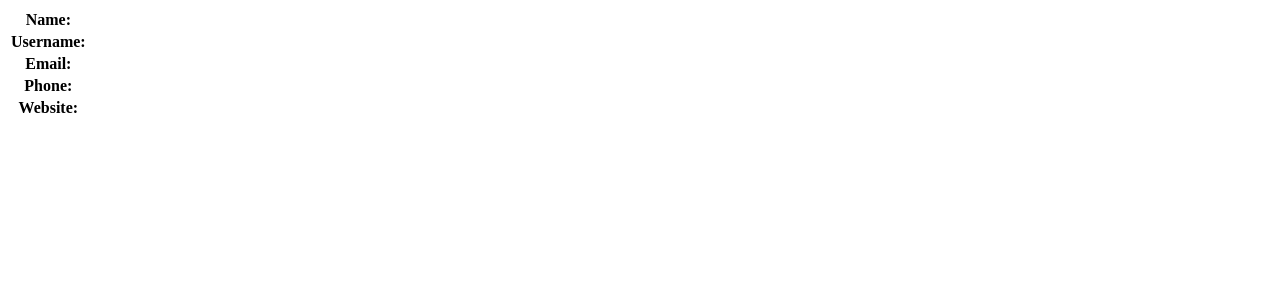
Repository: AyushMahatara/PHP-Simple-CRUD-with-JSON
Page: http://localhost/user/view.php?id=4
These files come from the project's save history. The page is drawn as it stood at one moment and after the next save; the edit follows.
The browser window is 1280 px wide. The pictures show the whole page.
The page is run by PHP 8.4 with error messages shown; the project is at /var/www/html/.

Above is the page before, as saved 2024-03-20 15:39:49.

After the next save:
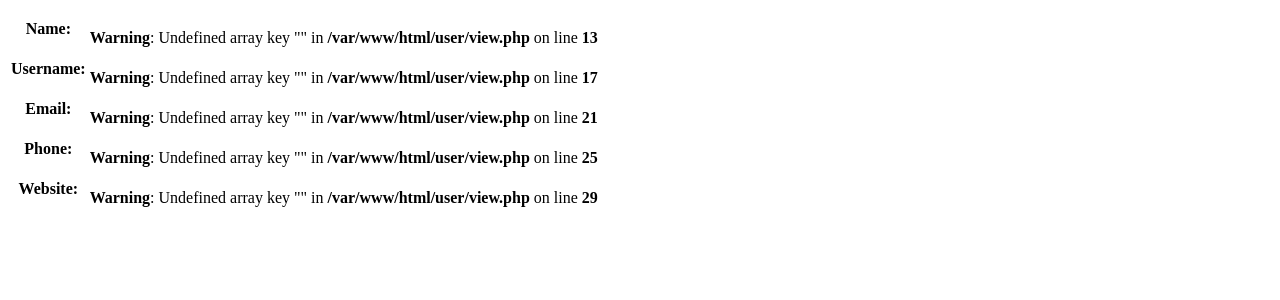
Saved 26 s later.
--- a/user/view.php
+++ b/user/view.php
@@ -10,23 +10,23 @@
     <tbody>
         <tr>
             <th>Name:</th>
-            <td></td>
+            <td><?php echo $user[''] ?></td>
         </tr>
         <tr>
             <th>Username:</th>
-            <td></td>
+            <td><?php echo $user[''] ?></td>
         </tr>
         <tr>
             <th>Email:</th>
-            <td></td>
+            <td><?php echo $user[''] ?></td>
         </tr>
         <tr>
             <th>Phone:</th>
-            <td></td>
+            <td><?php echo $user[''] ?></td>
         </tr>
         <tr>
             <th>Website:</th>
-            <td></td>
+            <td><?php echo $user[''] ?></td>
         </tr>
     </tbody>
 </table>

After the save that followed:
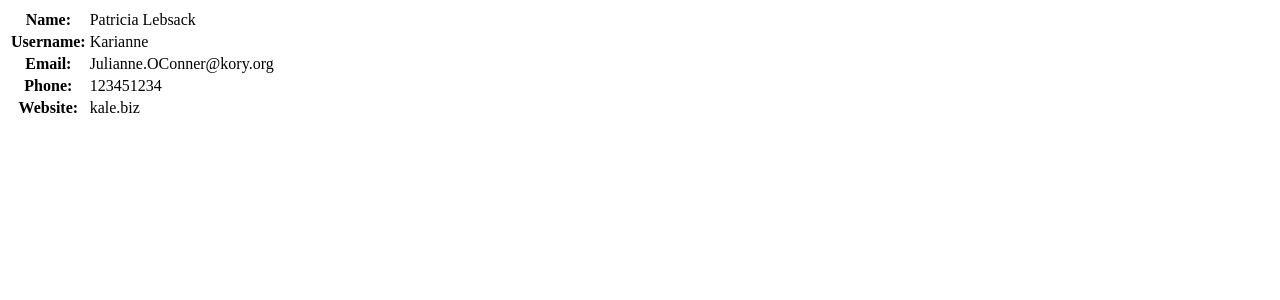
Saved 33 s later.
--- a/user/view.php
+++ b/user/view.php
@@ -10,23 +10,23 @@
     <tbody>
         <tr>
             <th>Name:</th>
-            <td><?php echo $user[''] ?></td>
+            <td><?php echo $user['name'] ?></td>
         </tr>
         <tr>
             <th>Username:</th>
-            <td><?php echo $user[''] ?></td>
+            <td><?php echo $user['username'] ?></td>
         </tr>
         <tr>
             <th>Email:</th>
-            <td><?php echo $user[''] ?></td>
+            <td><?php echo $user['email'] ?></td>
         </tr>
         <tr>
             <th>Phone:</th>
-            <td><?php echo $user[''] ?></td>
+            <td><?php echo $user['phone'] ?></td>
         </tr>
         <tr>
             <th>Website:</th>
-            <td><?php echo $user[''] ?></td>
+            <td><?php echo $user['website'] ?></td>
         </tr>
     </tbody>
 </table>
